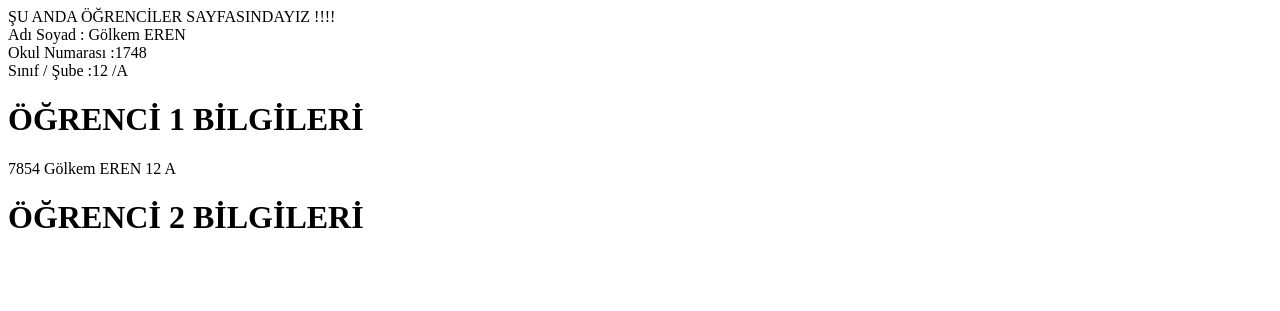
Repository: golkemeren/IleriJava101Java201Java301
Page: http://localhost/Displatcher_10/ogrenciler
These files come from the project's save history. The page is drawn as it stood at one moment and after the next save; the edit follows.
The browser window is 1280 px wide. The pictures show the whole page.
The page is served by Tomcat 10. Other server files are loaded and not shown.

Above is the page before, as saved 2023-03-23 02:27:50.

### Displatcher_10/src/main/webapp/jspUseBean/ogrenciler.jsp
<%@ page import="bean.pojo.Ogrenci" %>
<%@ page language="java" contentType="text/html; charset=UTF-8"
    pageEncoding="UTF-8"%>

<!DOCTYPE html>
<html>
<head>
<meta charset="UTF-8">



<title>Öğrenciler</title>
</head>
<body>

ŞU ANDA ÖĞRENCİLER SAYFASINDAYIZ !!!!

 <br>
 <% Ogrenci o = (Ogrenci)request.getAttribute("ogrenci"); %>
 <%=   "Adı Soyad : " + o.getAd() + " " + o.getSoyad()+ "<br>" %>
 <%=   "Okul Numarası :" + o.getNo() + "<br>"  %>
 <%=  " Sınıf / Şube :" + o.getSinif() + " /" +o.getSube() %>


<h1> ÖĞRENCİ 1 BİLGİLERİ </h1>
<jsp:useBean id="ogrenci" class = "bean.pojo.Ogrenci" scope = "request">
 <jsp:setProperty property = "no" name = "ogrenci" value = "0000"/>
 <jsp:setProperty property = "ad" name = "ogrenci" value = "ADI_YOK" />
 <jsp:setProperty property = "soyad" name = "ogrenci" value = "SOYADI_YOK"/>
 <jsp:setProperty property = "sube" name = "ogrenci" value = 'X'/>

</jsp:useBean>

<jsp:setProperty property="no" name="ogrenci" value = "7854"/>

<jsp:getProperty property="no" name="ogrenci"/>
<jsp:getProperty property="ad" name="ogrenci"/>
<jsp:getProperty property="soyad" name="ogrenci"/>
<jsp:getProperty property="sinif" name="ogrenci"/>
<jsp:getProperty property="sube" name="ogrenci"/>

<h1>ÖĞRENCİ 2 BİLGİLERİ </h1>




</body>

</html>

### Displatcher_10/src/main/java/bean/servlet/StartUp.java
package bean.servlet;

import java.io.IOException;

import bean.pojo.Ogrenci;
import jakarta.servlet.RequestDispatcher;
import jakarta.servlet.ServletException;
import jakarta.servlet.annotation.WebServlet;
import jakarta.servlet.http.HttpServlet;
import jakarta.servlet.http.HttpServletRequest;
import jakarta.servlet.http.HttpServletResponse;


@WebServlet (urlPatterns = {"/ogrenciler"})
public class StartUp extends HttpServlet {
 @Override
protected void doGet(HttpServletRequest req, HttpServletResponse resp) throws ServletException, IOException {

	// String bilgi = "ogrenciler servletinden geldim";
     //req.setAttribute("info", bilgi );

	 Ogrenci ogrenci = new Ogrenci("1748","Gölkem","EREN",12,'A');
	 req.setAttribute("ogrenci", ogrenci);

	 RequestDispatcher dispatcher = req.getRequestDispatcher("jspUseBean/ogrenciler.jsp");
    dispatcher.forward(req, resp);

 }

}

### Displatcher_10/src/main/java/bean/pojo/Ogrenci.java
package bean.pojo;

public class Ogrenci {
private String no;
private String ad;
private String soyad ;
private int sinif ;
private char sube ;

public Ogrenci() {


}


public Ogrenci(String no, String ad, String soyad, int sinif, char sube) {

	this.no = no;
	this.ad = ad;
	this.soyad = soyad;
	this.sinif = sinif;
	this.sube = sube;
}


public String getNo() {
	return no;
}
public void setNo(String no) {
	this.no = no;
}
public String getAd() {
	return ad;
}
public void setAd(String ad) {
	this.ad = ad;
}
public String getSoyad() {
	return soyad;
}
public void setSoyad(String soyad) {
	this.soyad = soyad;
}
public int getSinif() {
	return sinif;
}
public void setSinif(int sinif) {
	this.sinif = sinif;
}
public char getSube() {
	return sube;
}
public void setSube(char sube) {
	this.sube = sube;
}




}

After the next save:
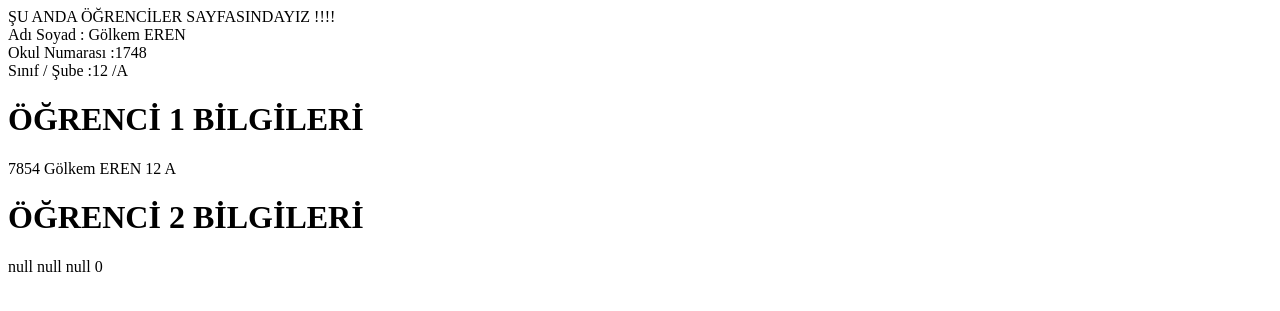
Saved 84 s later.
--- a/Displatcher_10/src/main/webapp/jspUseBean/ogrenciler.jsp
+++ b/Displatcher_10/src/main/webapp/jspUseBean/ogrenciler.jsp
@@ -41,7 +41,15 @@
 
 <h1>ÖĞRENCİ 2 BİLGİLERİ </h1>
 
+<jsp:useBean id="ogrenci2" class="bean.pojo.Ogrenci" scope= "request">
 
+
+</jsp:useBean>
+<jsp:getProperty property="no" name="ogrenci2"/>
+<jsp:getProperty property="ad" name="ogrenci2"/>
+<jsp:getProperty property="soyad" name="ogrenci2"/>
+<jsp:getProperty property="sinif" name="ogrenci2"/>
+<jsp:getProperty property="sube" name="ogrenci2"/>
 
 
 </body>
